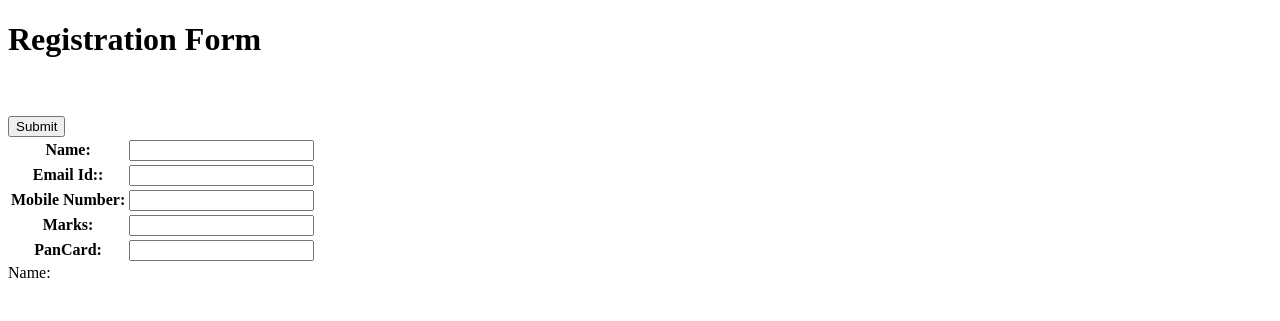
Repository: poojagupta18/Practice-Java
Page: http://localhost/MyOnlineInterviewProcess/RegistrationPortal.jsp
The author's editor kept a copy of each file at every save. The page is drawn from the files as they stood at one save, then again after the next save.
The browser window is 1280 px wide. The pictures show the whole page.
The page is served by Tomcat 9.

Above is the page before, as saved 2019-12-04 10:44:34.

After the next save:
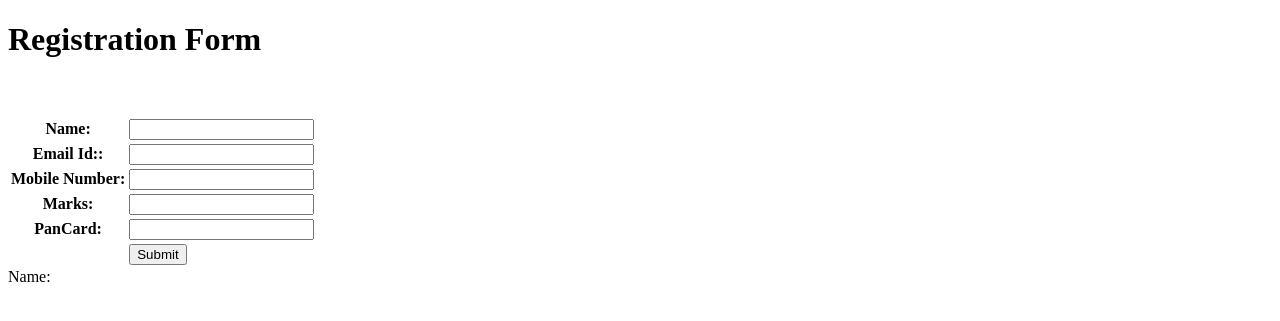
Saved 35 s later.
--- a/java Training/java/Online-Interview-Process/MyOnlineInterviewProcess/WebContent/RegistrationPortal.jsp
+++ b/java Training/java/Online-Interview-Process/MyOnlineInterviewProcess/WebContent/RegistrationPortal.jsp
@@ -33,8 +33,12 @@
 				<th> PanCard:</th>
 				<td> <input type="text" name="pancard"></td>
 			</tr>
-			<input type="submit" value="Submit">
+			<tr>
+			<th>
+			</th><td><input type="submit" value="Submit">
+			</td>
 
+			</tr>
 
 		</table>
 		Name:
